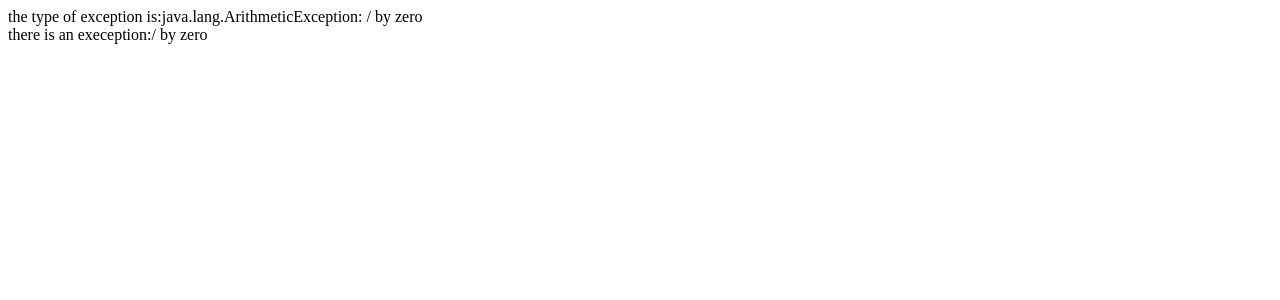
Repository: saiswaroop1547/ctstraining
Page: http://localhost/something/coretag.jsp
An editor plug-in stored every save of this project. The page is shown before and after the next save, followed by the edit.
The browser window is 1280 px wide. The pictures show the whole page.
The page is served by Tomcat 9.

Above is the page before, as saved 2020-02-12 10:19:50.

After the next save:
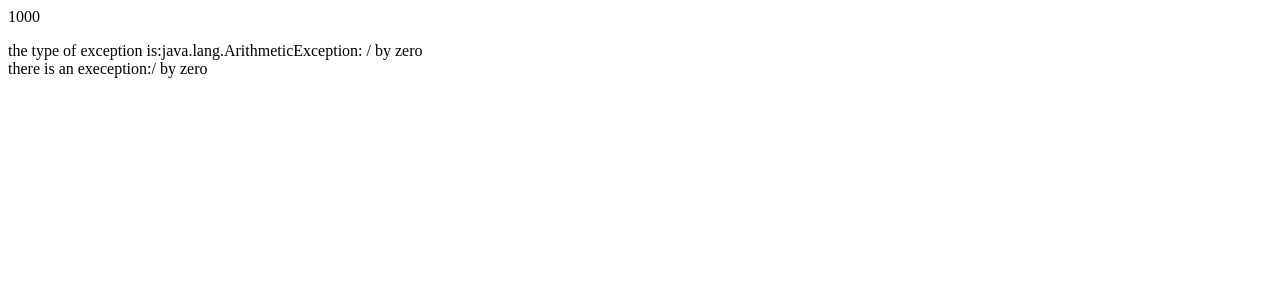
Saved 44 s later.
--- a/something/WebContent/coretag.jsp
+++ b/something/WebContent/coretag.jsp
@@ -4,8 +4,8 @@
 <title>Insert title here</title>
 </head>
 <body>
-<!--<c:set var="salary" scope="session" value="${200*5}"/>
-<c:out value="${salary}"/>--!>
+<c:set var="salary" scope="session" value="${200*5}"/>
+<c:out value="${salary}"/>
 <c:catch var="myexe">
 <%int x=2/0; %>
 </c:catch>

After the save that followed:
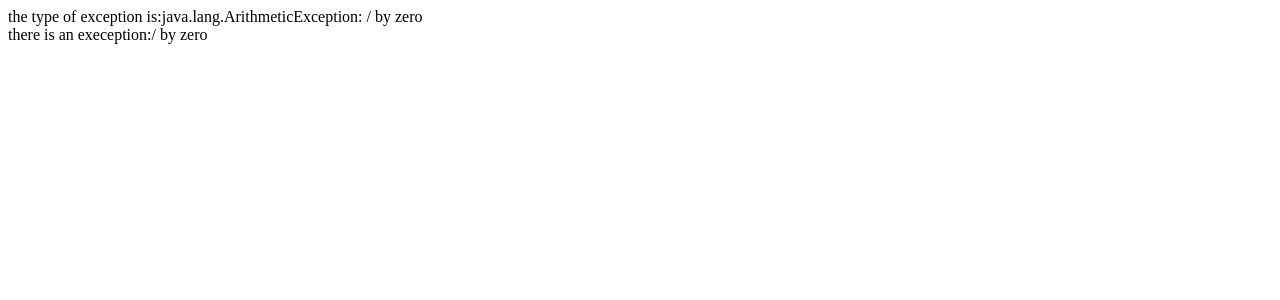
Saved 35 s later.
--- a/something/WebContent/coretag.jsp
+++ b/something/WebContent/coretag.jsp
@@ -4,8 +4,6 @@
 <title>Insert title here</title>
 </head>
 <body>
-<c:set var="salary" scope="session" value="${200*5}"/>
-<c:out value="${salary}"/>
 <c:catch var="myexe">
 <%int x=2/0; %>
 </c:catch>
